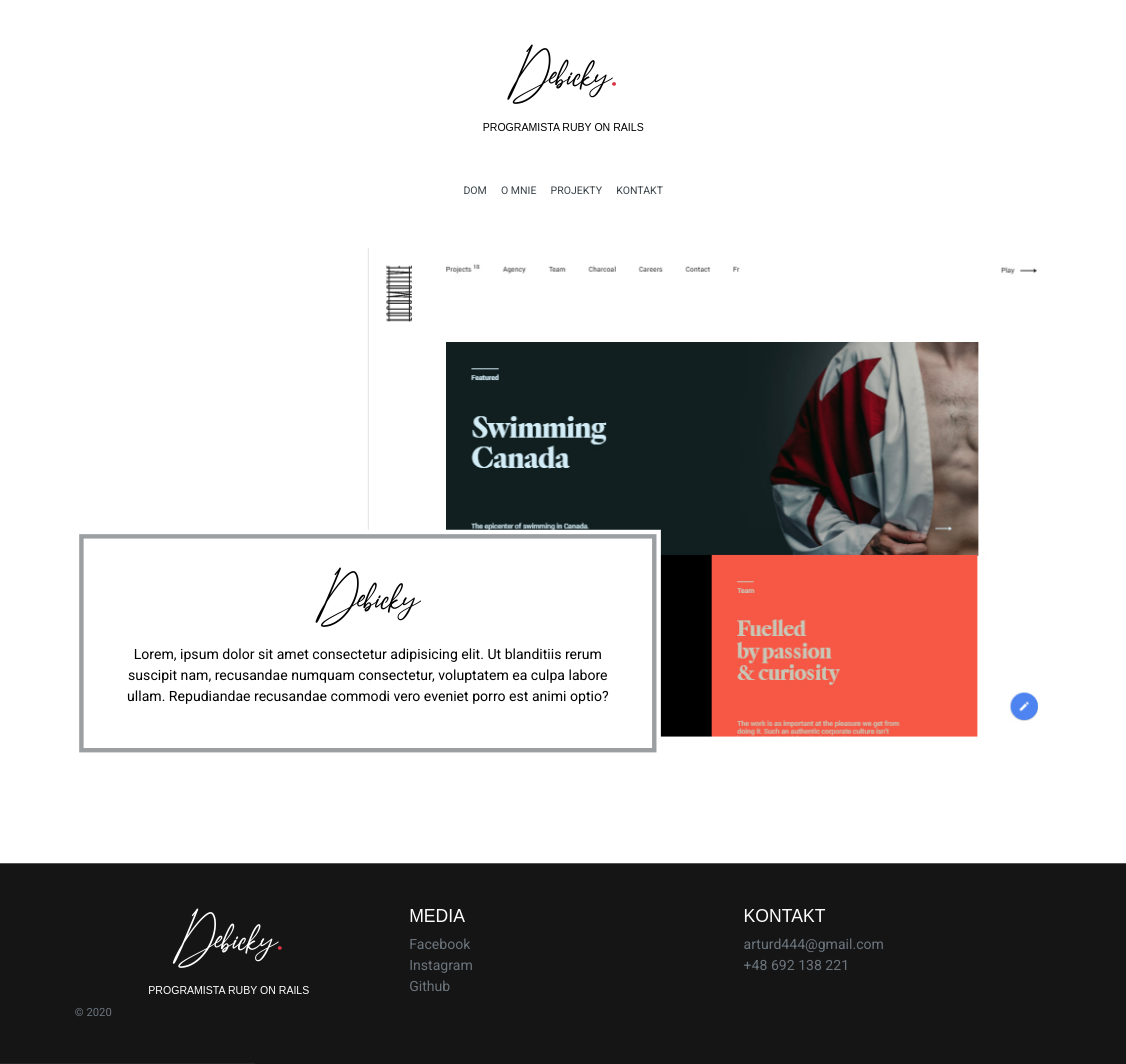
Repository: debicky/debicky.github.io
Page: index.html
The author's editor kept a copy of each file at every save. The page is drawn from the files as they stood at one save, then again after a run of saves.
The browser window is 1280 px wide. The pictures show the whole page, at 88% of full size.
Some web fonts or font styles are not loaded; a fallback is used. Some web libraries are served in a nearby version.

Above is the page before, as saved 2020-06-10 11:04:26.

After the next 7 saves:
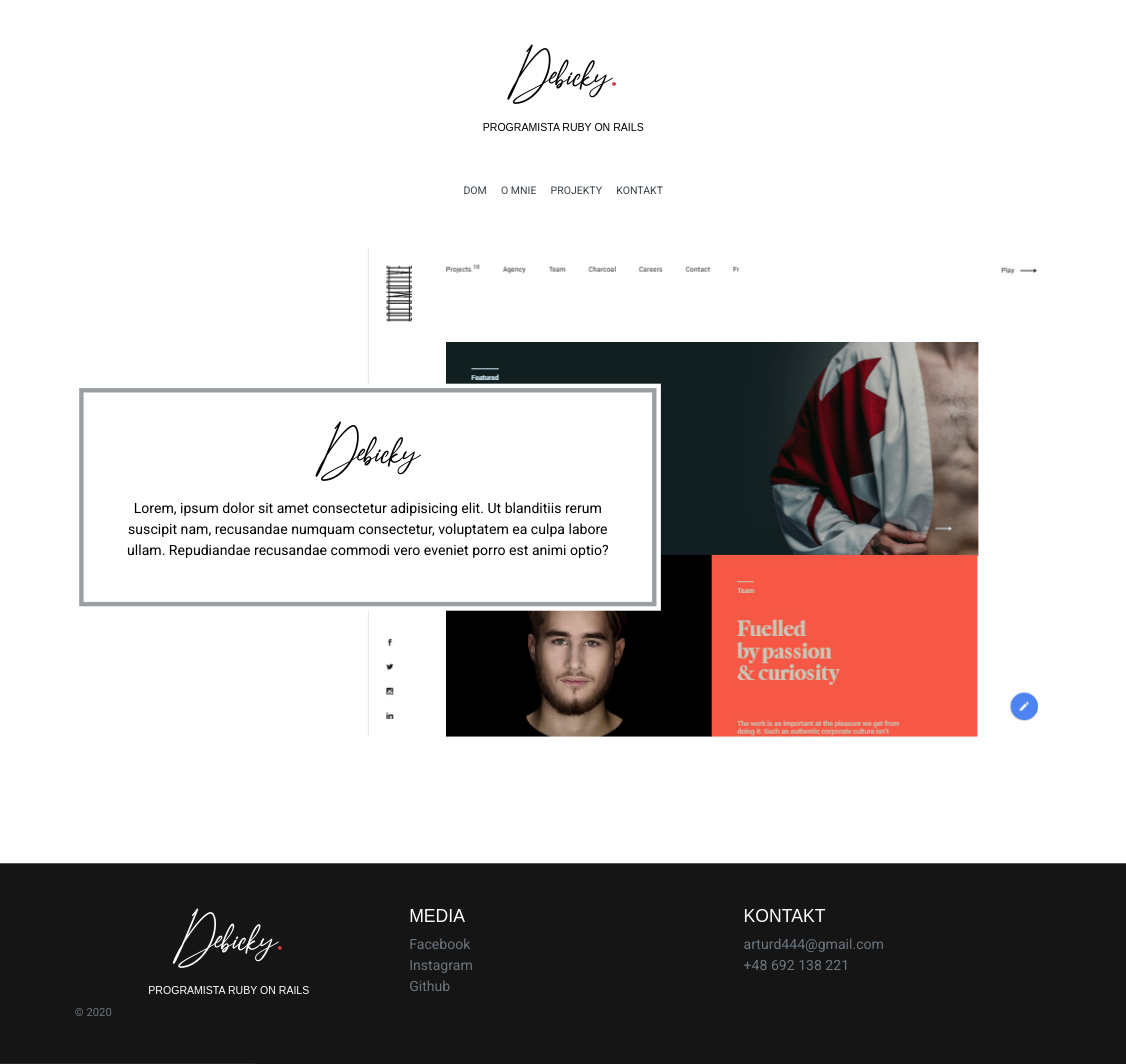
The 7 saves are shown as one change because they came seconds apart.
The last was saved 14 s later.
--- a/styles.css
+++ b/styles.css
@@ -181,6 +181,9 @@ a.text-muted:hover{
 }
 
 @media screen and (min-width: 1200px) {
-
+  .about-description{
+    top: 50%;
+    width: ;
+  }
 
 }
